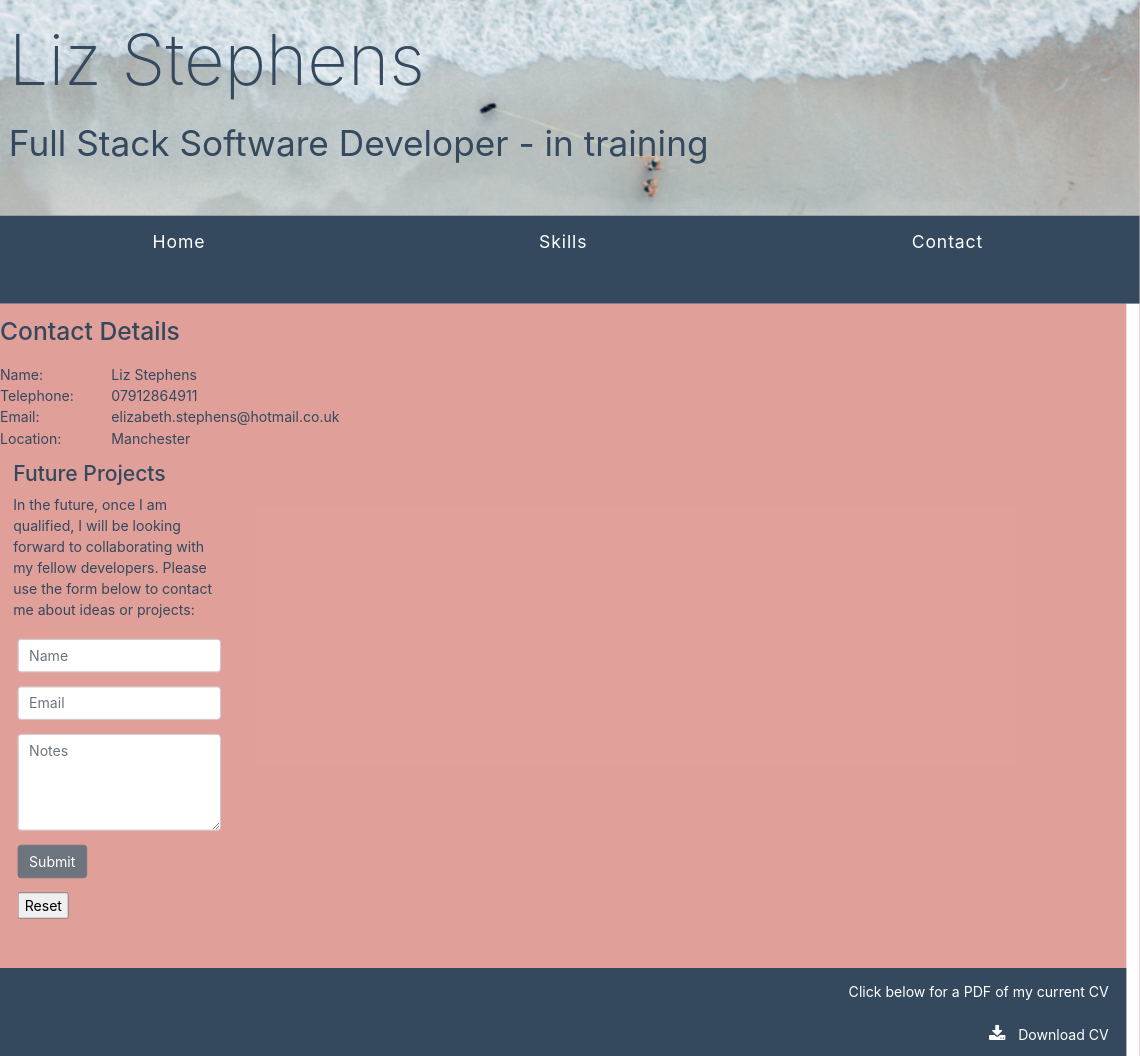
Repository: Liz94688/portfolio-site
Page: contact.html
The author's editor kept a record of every edit. The page is drawn from the files as they stood at one moment, then again after the next edit.
The browser window is 1280 px wide. The page is 1295 px wide, so the pictures cover 1295 px, including what lies to the right of the window. The pictures show the whole page, at 88% of full size.

Above is the page before.

After the next edit:
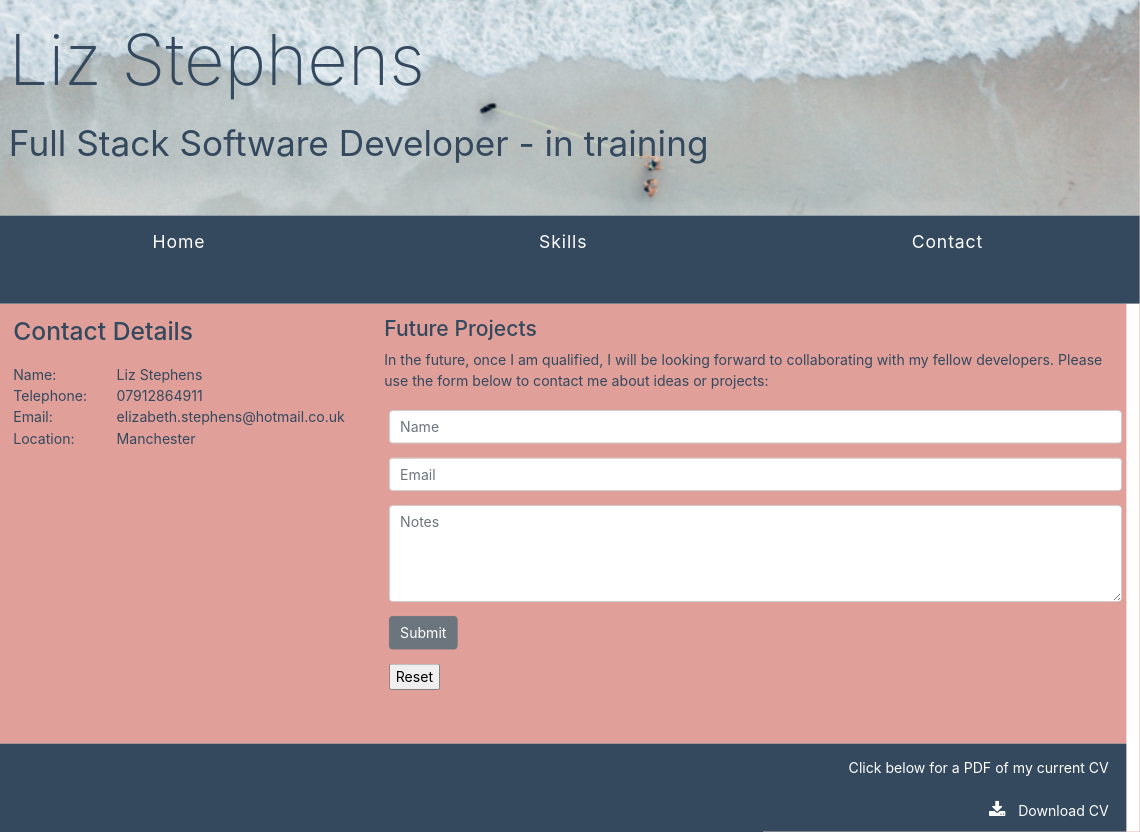
The edit:
--- a/contact.html
+++ b/contact.html
@@ -42,12 +42,12 @@
         <div class="row">
             <div class="col-md-4 contact-info">
 
-                <div class="row">
-                    <div class="col-12">
-                        <h3 class="contact-details-title">
-                            Contact Details
-                        </h3>
-                    </div>
+
+                <div class="col-12">
+                    <h3 class="contact-details-title">
+                        Contact Details
+                    </h3>
+                </div>
 
 
                 <div class="col-12 contact-details-itemised">
